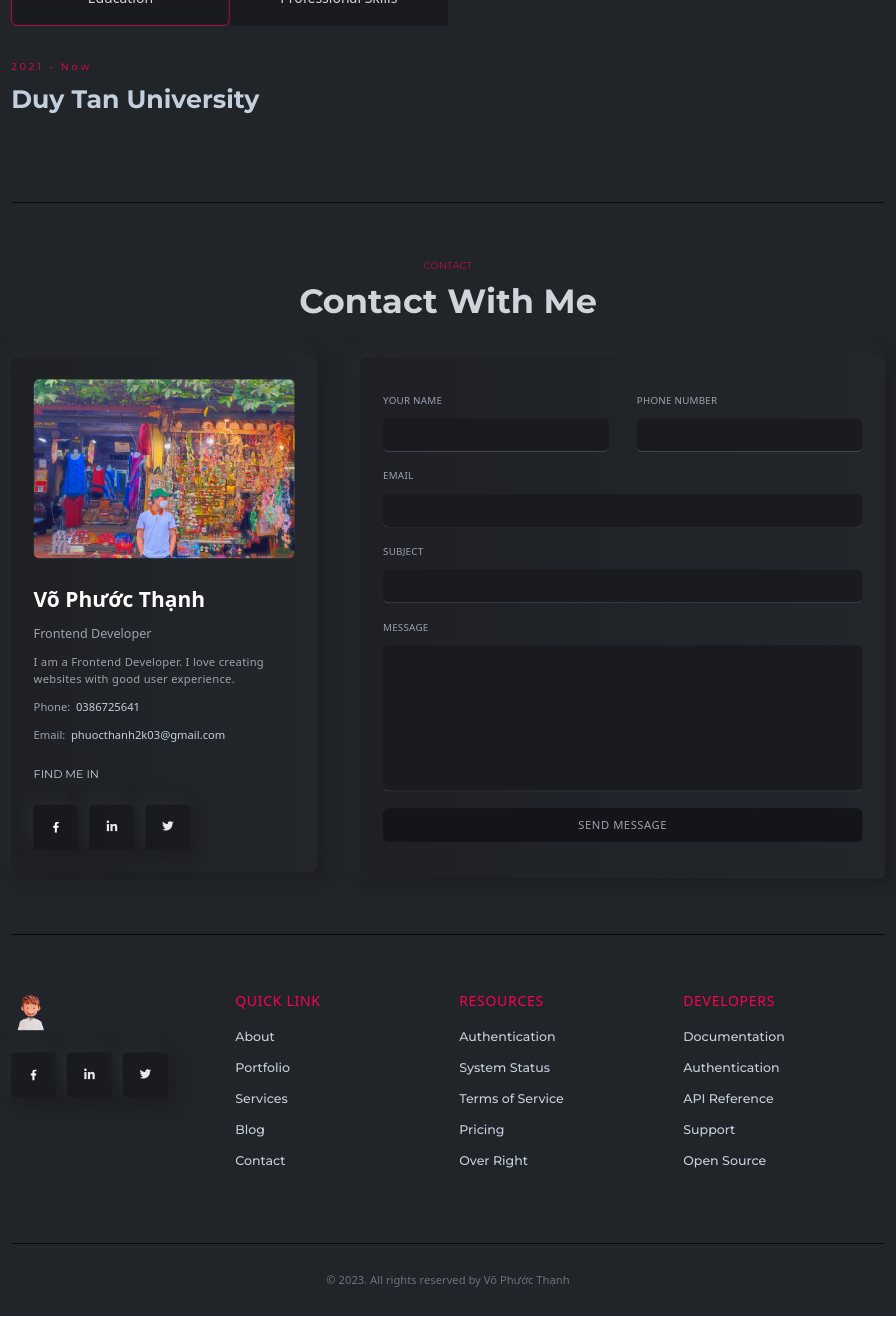
Repository: vophuocthanh/react-profile
Page: /
The author's editor kept a copy of each file at every save. The page is drawn from the files as they stood at one save, then again after the next save.
The browser window is 1280 px wide. The pictures show the part of the page from y = 2894 to 4814 px (the page is 4775 px tall before and 4814 px after), at 70% of full size.
The project was rebuilt for these pictures with package versions that can differ from the ones it lists, and the page was loaded fresh each time. Also part of the build but not shown: src/components/resume/ResumeCard.js, src/components/resume/Skills.js, src/components/resume/Achievement.js, src/components/resume/Experience.js, src/components/tesimonial/Testimonial.js.

Above is the page before, as saved 2023-05-04 22:57:12.

### public/index.html
<!DOCTYPE html>
<html lang="en">
  <head>
    <meta charset="utf-8" />
    <link
      rel="icon"
      href="https://img.freepik.com/premium-vector/young-smiling-man-adam-avatar-3d-vector-people-character-illustration-cartoon-minimal-style_365941-687.jpg?w=2000"
    />
    <meta name="viewport" content="width=device-width, initial-scale=1" />
    <meta name="theme-color" content="#000000" />
    <meta
      name="description"
      content="Web site created using create-react-app"
    />
    <link
      href="https://unpkg.com/boxicons@2.1.4/css/boxicons.min.css"
      rel="stylesheet"
    />
    <!--
      manifest.json provides metadata used when your web app is installed on a
      user's mobile device or desktop. See https://developers.google.com/web/fundamentals/web-app-manifest/
    -->
    <link rel="manifest" href="%PUBLIC_URL%/manifest.json" />
    <!--
      Notice the use of %PUBLIC_URL% in the tags above.
      It will be replaced with the URL of the `public` folder during the build.
      Only files inside the `public` folder can be referenced from the HTML.

      Unlike "/favicon.ico" or "favicon.ico", "%PUBLIC_URL%/favicon.ico" will
      work correctly both with client-side routing and a non-root public URL.
      Learn how to configure a non-root public URL by running `npm run build`.
    -->
    <title>Vo Phuoc Thanh || Profile</title>
  </head>
  <body>
    <noscript>You need to enable JavaScript to run this app.</noscript>
    <div id="root"></div>
    <!--
      This HTML file is a template.
      If you open it directly in the browser, you will see an empty page.

      You can add webfonts, meta tags, or analytics to this file.
      The build step will place the bundled scripts into the <body> tag.

      To begin the development, run `npm start` or `yarn start`.
      To create a production bundle, use `npm run build` or `yarn build`.
    -->
  </body>
</html>

### src/index.js
import React from "react";
import ReactDOM from "react-dom/client";
import "slick-carousel/slick/slick.css";
import "./index.css";
import App from "./App";
import { BrowserRouter } from "react-router-dom";

const root = ReactDOM.createRoot(document.getElementById("root"));
root.render(
  <React.StrictMode>
    <BrowserRouter>
      <App />
    </BrowserRouter>
  </React.StrictMode>
);

### src/index.css
@import url("https://fonts.googleapis.com/css2?family=Montserrat:wght@100;200;300;400;500;600;700;800;900&family=Poppins:wght@100;200;300;400;500;600;700;800;900&display=swap");
@tailwind base;
@tailwind components;
@tailwind utilities;

@layer components {
  .bannerIcon {
    @apply w-16 h-16 bg-black bg-opacity-25 text-gray-200 text-xl inline-flex items-center justify-center rounded-md shadow-shadowOne hover:bg-opacity-40 hover:-translate-y-1 transition-all hover:text-designColor cursor-pointer duration-300;
  }
  .resumeLi {
    @apply w-full h-20 bg-black bg-opacity-25 text-xl text-gray-300 flex justify-center cursor-pointer hover:bg-opacity-40 duration-300 items-center border-[1px] rounded-none;
  }
  .bgOpacity {
    @apply bg-black bg-opacity-40;
  }
  .contactInput {
    @apply w-full h-12 rounded-lg border-b-[1px] border-b-gray-600 bg-[#191b1e] text-lightText px-4 active:outline-none focus-visible:outline-designColor outline-none focus-visible:border-b-transparent duration-300;
  }
  .contactTextArea {
    @apply w-full rounded-lg border-b-[1px] border-b-gray-600 bg-[#191b1e] text-lightText px-4 py-2 active:outline-none focus-visible:outline-designColor outline-none focus-visible:border-b-transparent duration-300 resize-none;
  }
}

.active {
  color: white;
}
.scrollbar-hide::-webkit-scrollbar {
  display: none;
}

### src/App.js
import React from "react";
import Banner from "./components/banner/Banner";
import Contact from "./components/contact/Contact";
import Features from "./components/features/Features";
import Footer from "./components/footer/Footer";
import FooterBottom from "./components/footer/FooterBottom";
import Navbar from "./components/navbar/Navbar";
import Projects from "./components/projects/Projects";
import Resume from "./components/resume/Resume";
import Testimonial from "./components/tesimonial/Testimonial";

function App() {
  return (
    <div className="w-full h-auto bg-bodyColor text-lightText px-4">
      <Navbar />
      <div className="max-w-screen-xl mx-auto">
        <Banner />
        <Features />
        <Projects />
        <Resume />
        {/* <Testimonial /> */}
        <Contact />
        <Footer />
        <FooterBottom />
      </div>
    </div>
  );
}

export default App;

### src/components/footer/FooterBottom.js
import React from "react";

const FooterBottom = () => {
  return (
    <div className="w-full py-10">
      <p className="text-center text-gray-500 text-base">
        © 2023. All rights reserved by Võ Phước Thạnh
      </p>
    </div>
  );
};

export default FooterBottom;

### src/components/banner/LeftBanner.js
import React from "react";
import { useTypewriter, Cursor } from "react-simple-typewriter";
import Media from "./Media";

const LeftBanner = () => {
  const [text] = useTypewriter({
    words: ["Software Engineer.", "Frontend Developer."],
    loop: true,
    typeSpeed: 20,
    deleteSpeed: 10,
    delaySpeed: 2000,
  });
  return (
    <div className="flex flex-col w-full gap-20 lgl:w-1/2">
      <div className="flex flex-col gap-5">
        <h4 className="text-lg font-normal ">WELCOME TO MY WORLD</h4>
        <h1 className="text-6xl font-bold text-white">
          Hi, I'm{" "}
          <span className="capitalize text-designColor">Võ Phước Thạnh</span>
        </h1>
        <h2 className="text-4xl font-bold text-white">
          a <span>{text}</span>
          <Cursor
            cursorBlinking="false"
            cursorStyle="|"
            cursorColor="#ff014f"
          />
        </h2>
        <p className="text-base leading-6 tracking-wide font-bodyFont">
          I am a Frontend Developer. I love programming, especially creating
          websites with good user interfaces, to meet the needs of users.
        </p>
      </div>
      {/* Media */}
      <Media />
    </div>
  );
};

export default LeftBanner;

### src/components/banner/RightBanner.js
import React from "react";
import { avatar } from "../../assets";
// import { bannerImg } from "../../assets/index";

const RightBanner = () => {
  return (
    <div className="w-full lgl:w-1/2 flex justify-center items-center relative">
      <img
        className="w-[300px] h-[400px] lgl:w-[500px] lgl:h-[680px] z-10 rounded-sm object-cover"
        src={avatar}
        alt="bannerImg"
      />
      <div className="absolute bottom-0 w-[350px] h-[300px] lgl:w-[500px] lgl:h-[500px] bg-gradient-to-r from-[#1e2024] to-[#202327] shadow-shadowOne flex justify-center items-center"></div>
    </div>
  );
};

export default RightBanner;

### src/components/contact/ContactLeft.js
import React from "react";
import { FaFacebookF, FaTwitter, FaLinkedinIn } from "react-icons/fa";
import { avatar, avatar1, contactImg } from "../../assets/index";
import navIcon1 from "../../assets/images/nav-icon2.svg";

const ContactLeft = () => {
  return (
    <div className="w-full lgl:w-[35%] h-full bg-gradient-to-r from-[#1e2024] to-[#23272b] p-4 lgl:p-8 rounded-lg shadow-shadowOne flex flex-col gap-8 justify-center">
      <img
        className="w-full h-64 object-cover rounded-lg mb-2 object-center"
        src={avatar}
        alt="contactImg"
      />
      <div className="flex flex-col gap-4">
        <h3 className="text-3xl font-bold text-white">Võ Phước Thạnh</h3>
        <p className="text-lg font-normal text-gray-400">Frontend Developer</p>
        <p className="text-base text-gray-400 tracking-wide">
          I am a Frontend Developer. I love creating websites with good user
          experience.
        </p>
        <p className="text-base text-gray-400 flex items-center gap-2">
          Phone: <span className="text-lightText">0386725641</span>
        </p>
        <p className="text-base text-gray-400 flex items-center gap-2">
          Email:{" "}
          <span className="text-lightText">phuocthanh2k03@gmail.com</span>
        </p>
      </div>
      <div className="flex flex-col gap-4">
        <h2 className="text-base uppercase font-titleFont mb-4">Find me in</h2>
        <div className="flex gap-4">
          <span className="bannerIcon">
            <a href="https://www.facebook.com/thanh.vophuoc.50">
              <img src={navIcon1} alt="" />
            </a>
          </span>
          <span className="bannerIcon">
            <a href="https://www.linkedin.com/in/v%C3%B5-ph%C6%B0%E1%BB%9Bc-th%E1%BA%A1nh-747813233/">
              <i class="bx bxl-linkedin"></i>
            </a>
          </span>
          <span className="bannerIcon">
            <a href="https://twitter.com/ThanhVP03">
              <i class="bx bxl-twitter"></i>
            </a>
          </span>
        </div>
      </div>
    </div>
  );
};

export default ContactLeft;

### src/components/features/Card.js
import React from 'react'
import { HiArrowRight } from "react-icons/hi";

const Card = ({item:{title,des,icon}}) => {
  return (
    <div className="w-full px-12 h-80 py-10 rounded-lg shadow-shadowOne flex items-center bg-gradient-to-r from-bodyColor to-[#202327] group hover:bg-gradient-to-b hover:from-black hover:to-[#1e2024] transition-colors duration-100 group">
      <div className="h-72 overflow-y-hidden">
        <div className="flex h-full flex-col gap-10 translate-y-16 group-hover:translate-y-0 transition-transform duration-500">
          <div className="w-10 h-8 flex flex-col justify-between">

            {icon ? (
              <span className="text-5xl text-designColor">{icon}</span>
            ) : (
              <>
                <span className="w-full h-[2px] rounded-lg bg-designColor inline-flex"></span>
                <span className="w-full h-[2px] rounded-lg bg-designColor inline-flex"></span>
                <span className="w-full h-[2px] rounded-lg bg-designColor inline-flex"></span>
                <span className="w-full h-[2px] rounded-lg bg-designColor inline-flex"></span>
              </>
            )}
          </div>
          <div className="flex flex-col gap-6">
            <h2 className="text-xl md:text-2xl font-titleFont font-bold text-gray-300">
              {title}
            </h2>
            <p className="base">{des}</p>
            <span className="text-2xl text-designColor">
              <HiArrowRight />
            </span>
          </div>
        </div>
      </div>
    </div>
  );
}

export default Card

### src/data/data.js
import { AiFillAppstore } from "react-icons/ai";
import { FaMobile, FaGlobe } from "react-icons/fa";
import { SiProgress, SiAntdesign } from "react-icons/si";

// Features Data
export const featuresData = [
  // {
  //   id: 1,
  //   title: "Business Stratagy",
  //   des: "Lorem ipsum dolor sit amet consectetur adipisicing elit. Atque solutahic consequuntur eum repellendus ad",
  // },
  // {
  //   id: 2,
  //   icon: <AiFillAppstore />,
  //   title: "App Development",
  //   des: "Lorem ipsum dolor sit amet consectetur adipisicing elit. Atque solutahic consequuntur eum repellendus ad",
  // },
  {
    id: 3,
    icon: <SiProgress />,
    title: "SEO Optimisation",
    des: "Lorem ipsum dolor sit amet consectetur adipisicing elit. Atque solutahic consequuntur eum repellendus ad",
  },
  {
    id: 4,
    icon: <i class="bx bx-code-block"></i>,
    title: "Frontend Developer",
    des: "I want to create websites that increase the user experience",
  },
  {
    id: 5,
    icon: <SiAntdesign />,
    title: "UX Design",
    des: "Lorem ipsum dolor sit amet consectetur adipisicing elit. Atque solutahic consequuntur eum repellendus ad",
  },
  {
    id: 6,
    icon: <FaGlobe />,
    title: "Hosting Websites",
    des: "Lorem ipsum dolor sit amet consectetur adipisicing elit. Atque solutahic consequuntur eum repellendus ad",
  },
];

### src/assets/index.js
import logo from "./images/logo.png";
import logo1 from "./images/logo1.png";
import bannerImg from "./images/bannerImg.png";
import avatar from "./images/avatar.jpg";
import avatar1 from "./images/avatar1.jpg";
import projectOne from "./images/projects/projectOne.jpg";
import projectTwo from "./images/projects/projectTwo.jpg";
import projectThree from "./images/projects/projectThree.jpeg";
import project3 from "./images/projects/project3.jpg";
import testimonialOne from "./images/testmonial/testimonialOne.png";
import testimonialTwo from "./images/testmonial/testimonialTwo.png";
import quote from "./images/testmonial/quote.png";
import contactImg from "./images/contact/contactImg.png";

export {
  logo,
  logo1,
  avatar,
  avatar1,
  bannerImg,
  projectOne,
  projectTwo,
  projectThree,
  project3,
  testimonialOne,
  testimonialTwo,
  quote,
  contactImg,
};

### src/constants/index.js
export const navLinksdata = [
  {
    _id: 1001,
    title: "Home",
    link: "home",
  },
  {
    _id: 1002,
    title: "Features",
    link: "features",
  },
  {
    _id: 1003,
    title: "Projects",
    link: "projects",
  },
  {
    _id: 1004,
    title: "Resume",
    link: "resume",
  },
  // {
  //   _id: 1005,
  //   title: "Testimonial",
  //   link: "testimonial",
  // },
  {
    _id: 1006,
    title: "Contact",
    link: "contact",
  },
];

### src/components/projects/ProjectsCard.js
import React from "react";
import { dataProject } from "../../data/dataProject";

const ProjectsCard = ({ item: { title, desc, src, linkGit, demo } }) => {
  return (
    <div className="w-full p-4 xl:px-12 h-auto xl:py-10 rounded-lg shadow-shadowOne flex flex-col bg-gradient-to-r from-bodyColor to-[#202327] group hover:bg-gradient-to-b hover:from-gray-900 hover:gray-900 transition-colors duration-1000">
      <div className="w-full h-[80%] overflow-hidden rounded-lg">
        <img
          className="w-full h-60 object-cover group-hover:scale-110 duration-300 cursor-pointer"
          src={src}
          alt="src"
        />
      </div>
      <div className="w-full mt-5 flex flex-col  gap-6">
        <div>
          <div className="flex items-center justify-between">
            <h3 className="text-base uppercase text-designColor font-normal">
              {title}
            </h3>
            <div className="flex gap-2">
              <span className="text-lg w-10 h-10 rounded-full bg-black inline-flex justify-center items-center text-gray-400 hover:text-designColor duration-300 cursor-pointer">
                <a href={linkGit}>
                  <i class="bx bxl-github"></i>
                </a>
              </span>
              <span className="text-lg w-10 h-10 rounded-full bg-black inline-flex justify-center items-center text-gray-400 hover:text-designColor duration-300 cursor-pointer">
                <a href={demo}>
                  <i class="bx bx-globe"></i>
                </a>
              </span>
            </div>
          </div>
          <p className="text-sm tracking-wide mt-3 hover:text-gray-100 duration-300">
            {desc}
          </p>
        </div>
      </div>
    </div>
  );
};

export default ProjectsCard;

### src/data/dataProject.js
import { project3, projectOne, projectThree, projectTwo } from "../assets";
export const dataProject = [
  {
    id: 1,
    title: "Monkey Blogging",
    desc: "This blog is used to share stories in life",
    src: projectOne,
    linkGit: "https://github.com/vophuocthanh/monkey-blogging",
    demo: "https://monkey-blogging-app.vercel.app/",
  },
  {
    id: 2,
    title: "Pokemon App",
    desc: "This site collects pokemon",
    src: projectTwo,
    linkGit: "https://github.com/vophuocthanh/pokemon-app",
    demo: "https://pokemon-app-beta-liart.vercel.app/",
  },
  {
    id: 3,
    title: "Movies App",
    desc: "This website makes it easy for everyone to watch current trending movies",
    src: project3,
    linkGit: "https://github.com/vophuocthanh/movies",
    demo: "https://movies-green-phi.vercel.app/",
  },
  // {
  //   id: 4,
  //   title: "Monkey Blogging",
  //   desc: "Loremdjahjsdasdashjkdhjkas",
  //   src: projectOne,
  //   linkGit: "https://github.com/vophuocthanh/monkey-blogging",
  //   demo: "monkey-blogging-app.vercel.app",
  // },
];

### src/components/resume/Education.js
import React from "react";
import { motion } from "framer-motion";
import ResumeCard from "./ResumeCard";

const Education = () => {
  return (
    <motion.div
      initial={{ opacity: 0 }}
      animate={{ opacity: 1, transition: { duration: 0.5 } }}
      className="w-full flex flex-col lgl:flex-row gap-10 lgl:gap-20"
    >
      {/* part one */}
      <div>
        <div className="py-6 lgl:py-12 font-titleFont flex flex-col gap-4">
          <p className="text-sm text-designColor tracking-[4px]">2021 - Now</p>
          <h2 className="text-3xl md:text-4xl font-bold">Duy Tan University</h2>
        </div>
        {/* <div className="mt-6 lgl:mt-14 w-full h-[1000px] border-l-[6px] border-l-black border-opacity-30 flex flex-col gap-10">
          <ResumeCard
            title="BSc in Computer Science"
            subTitle="University of DVI (2006 - 2010)"
            result="3.90/4"
            des="The training provided by universities in order to prepare people to work in various sectors of the economy or areas of culture."
          />
          <ResumeCard
            title="AS - Science & Information"
            subTitle="SuperKing College (2001 - 2005)"
            result="4.75/5"
            des="Higher education is tertiary education leading to award of an academic degree. Higher education, also called post-secondary education."
          />
          <ResumeCard
            title="Secondary School Education"
            subTitle="Kingstar Secondary School (1998 - 2000)"
            result="5.00/5"
            des="Secondary education or post-primary education covers two phases on the International Standard Classification of Education scale."
          />
        </div> */}
      </div>
    </motion.div>
  );
};

export default Education;

### src/components/banner/Media.jsx
import React from "react";
import { FaFacebookF, FaTwitter, FaLinkedinIn, FaReact } from "react-icons/fa";
import { SiTailwindcss, SiFigma, SiNextdotjs } from "react-icons/si";
import navIcon1 from "../../assets/images/nav-icon2.svg";
const Media = () => {
  return (
    <div className="flex flex-col xl:flex-row gap-6 lgl:gap-0 justify-between">
      <div>
        <h2 className="text-base uppercase font-titleFont mb-4">Find me in</h2>
        <div className="flex gap-4">
          <span className="bannerIcon">
            <a href="https://www.facebook.com/thanh.vophuoc.50">
              <img src={navIcon1} alt="" />
            </a>
          </span>
          <span className="bannerIcon">
            <a href="https://github.com/vophuocthanh">
              <i class="bx bxl-github"></i>
            </a>
          </span>
          <span className="bannerIcon">
            <a href="https://www.linkedin.com/in/v%C3%B5-ph%C6%B0%E1%BB%9Bc-th%E1%BA%A1nh-747813233/">
              <i class="bx bxl-linkedin"></i>
            </a>
          </span>
          <span className="bannerIcon">
            <a href="https://twitter.com/ThanhVP03">
              <i class="bx bxl-twitter"></i>
            </a>
          </span>
        </div>
      </div>
      <div>
        <h2 className="text-base uppercase font-titleFont mb-4">
          BEST SKILL ON
        </h2>
        <div className="flex gap-4">
          <span className="bannerIcon">
            <FaReact />
          </span>
          <span className="bannerIcon">
            <SiNextdotjs />
          </span>
          <span className="bannerIcon">
            <SiTailwindcss />
          </span>
          <span className="bannerIcon">
            <SiFigma />
          </span>
        </div>
      </div>
    </div>
  );
};

export default Media;

Loaded but not shown: src/components/banner/Banner.js (common file); src/components/features/Features.js (common file); src/components/layouts/Title.js (common file); tailwind.config.js (common file); src/components/footer/Footer.js (143 lines, source omitted); src/components/contact/Contact.js (169 lines, source omitted); src/components/navbar/Navbar.js (119 lines, source omitted); src/components/resume/Resume.js (88 lines, source omitted); src/components/projects/Projects.js (58 lines, source omitted)

After the next save:
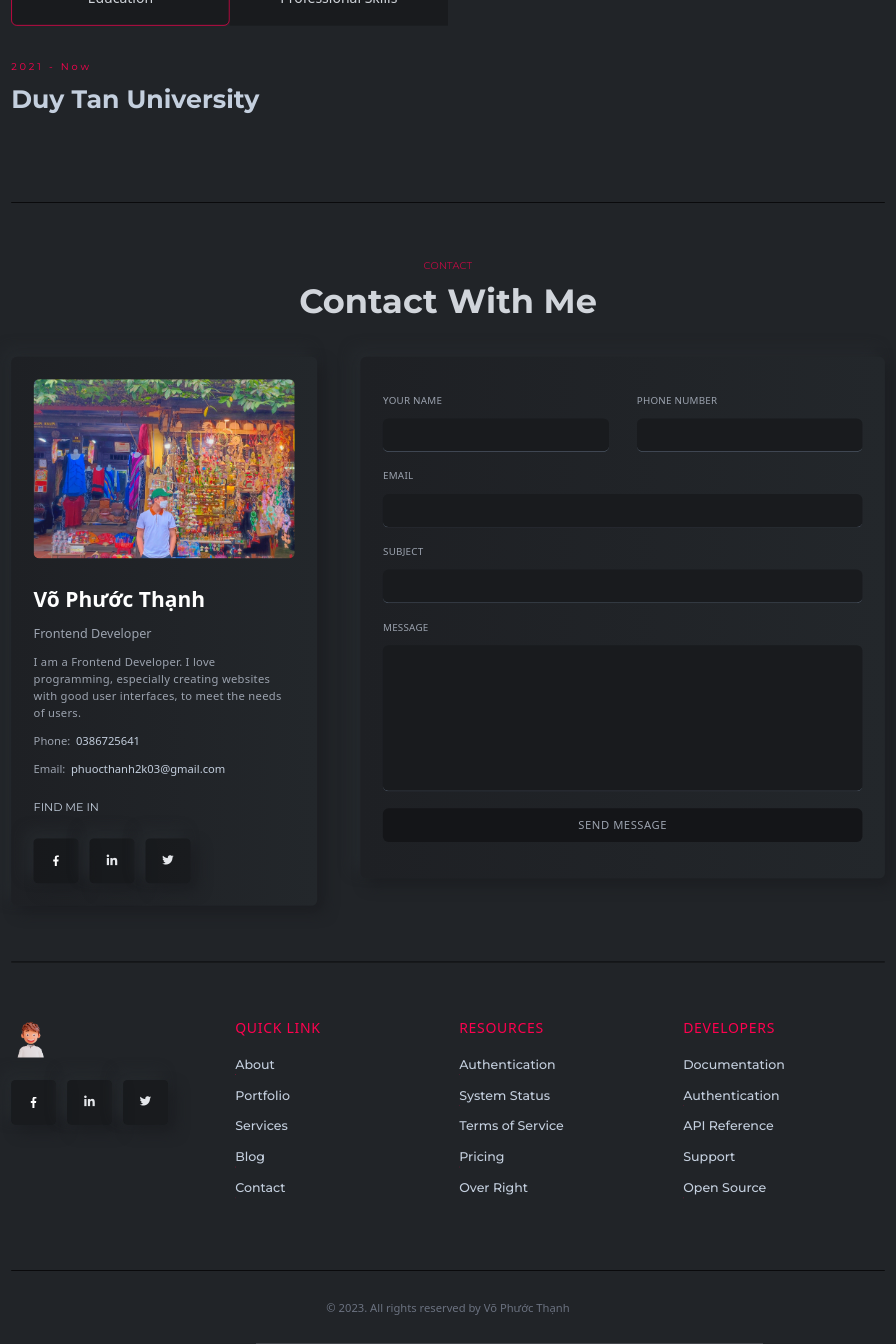
Saved 45 s later.
--- a/src/components/contact/ContactLeft.js
+++ b/src/components/contact/ContactLeft.js
@@ -7,27 +7,27 @@
   return (
     <div className="w-full lgl:w-[35%] h-full bg-gradient-to-r from-[#1e2024] to-[#23272b] p-4 lgl:p-8 rounded-lg shadow-shadowOne flex flex-col gap-8 justify-center">
       <img
-        className="w-full h-64 object-cover rounded-lg mb-2 object-center"
+        className="object-cover object-center w-full h-64 mb-2 rounded-lg"
         src={avatar}
         alt="contactImg"
       />
       <div className="flex flex-col gap-4">
         <h3 className="text-3xl font-bold text-white">Võ Phước Thạnh</h3>
         <p className="text-lg font-normal text-gray-400">Frontend Developer</p>
-        <p className="text-base text-gray-400 tracking-wide">
-          I am a Frontend Developer. I love creating websites with good user
-          experience.
+        <p className="text-base tracking-wide text-gray-400">
+          I am a Frontend Developer. I love programming, especially creating
+          websites with good user interfaces, to meet the needs of users.
         </p>
-        <p className="text-base text-gray-400 flex items-center gap-2">
+        <p className="flex items-center gap-2 text-base text-gray-400">
           Phone: <span className="text-lightText">0386725641</span>
         </p>
-        <p className="text-base text-gray-400 flex items-center gap-2">
+        <p className="flex items-center gap-2 text-base text-gray-400">
           Email:{" "}
           <span className="text-lightText">phuocthanh2k03@gmail.com</span>
         </p>
       </div>
       <div className="flex flex-col gap-4">
-        <h2 className="text-base uppercase font-titleFont mb-4">Find me in</h2>
+        <h2 className="mb-4 text-base uppercase font-titleFont">Find me in</h2>
         <div className="flex gap-4">
           <span className="bannerIcon">
             <a href="https://www.facebook.com/thanh.vophuoc.50">
